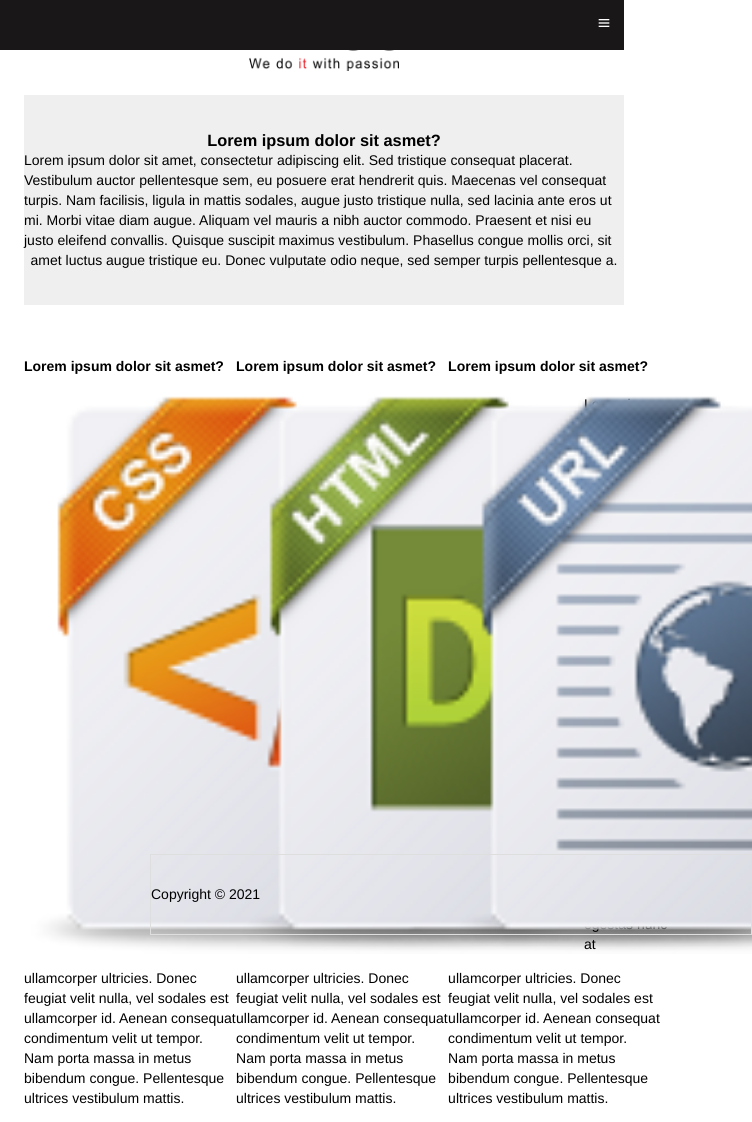
Repository: HoanTiny/ncc
Page: index.html
An editor plug-in stored every save of this project. The page is shown before and after the next save, followed by the edit.
The browser window is 600 px wide. The page is 752 px wide, so the pictures cover 752 px, including what lies to the right of the window. The pictures show the whole page.

Above is the page before, as saved 2023-03-30 21:12:27.

### index.html
<!DOCTYPE html>
<html lang="en">
    <head>
        <meta charset="UTF-8" />
        <meta http-equiv="X-UA-Compatible" content="IE=edge" />
        <meta name="viewport" content="width=device-width, initial-scale=1.0" />
        <title>NCC Test</title>
        <link rel="stylesheet" href="./style.css" />
        <link
            href="https://unpkg.com/boxicons@2.1.4/css/boxicons.min.css"
            rel="stylesheet"
        />
    </head>
    <body>
        <div class="container">
            <div class="sidebar">
                <div class="sidebar_icon"><i class="bx bx-menu"></i></div>
                <ul>
                    <li><a href="">Home</a></li>
                    <li><a href="">Services</a></li>
                    <li><a href="">News</a></li>
                    <li><a href="">Blog</a></li>
                    <li><a href="">Contact</a></li>
                </ul>
            </div>
            <div class="content">
                <div class="content_logo">
                    <img src="./logoNCC 1.png" alt="" />
                </div>
                <div class="content_text">
                    <h3>Lorem ipsum dolor sit asmet?</h3>
                    <p>
                        Lorem ipsum dolor sit amet, consectetur adipiscing elit.
                        Sed tristique consequat placerat. Vestibulum auctor
                        pellentesque sem, eu posuere erat hendrerit quis.
                        Maecenas vel consequat turpis. Nam facilisis, ligula in
                        mattis sodales, augue justo tristique nulla, sed lacinia
                        ante eros ut mi. Morbi vitae diam augue. Aliquam vel
                        mauris a nibh auctor commodo. Praesent et nisi eu justo
                        eleifend convallis. Quisque suscipit maximus vestibulum.
                        Phasellus congue mollis orci, sit amet luctus augue
                        tristique eu. Donec vulputate odio neque, sed semper
                        turpis pellentesque a.
                    </p>
                </div>
                <div class="content_main">
                    <div class="content_main_g1">
                        <h4>Lorem ipsum dolor sit asmet?</h4>
                        <div class="content_main_g1_textimg">
                            <img src="./css-icon 1.png" alt="" />
                            <span
                                >Lorem ipsum dolor sit amet, consectetur
                                adipiscing elit. Sed non dui sodales, faucibus
                                libero ut, posuere felis. Donec imperdiet
                                suscipit accumsan. Aenean consequat condimentum
                                velit ut tempor. Nam porta massa in metus
                                bibendum congue. Pellentesque ultrices liquam
                                egestas nunc at
                            </span>
                        </div>
                        <p>
                            ullamcorper ultricies. Donec feugiat velit nulla,
                            vel sodales est ullamcorper id. Aenean consequat
                            condimentum velit ut tempor. Nam porta massa in
                            metus bibendum congue. Pellentesque ultrices
                            vestibulum mattis.
                        </p>
                    </div>
                    <div class="content_main_g1">
                        <h4>Lorem ipsum dolor sit asmet?</h4>
                        <div class="content_main_g1_textimg">
                            <img src="./html-icon 1.png" alt="" />
                            <span
                                >Lorem ipsum dolor sit amet, consectetur
                                adipiscing elit. Sed non dui sodales, faucibus
                                libero ut, posuere felis. Donec imperdiet
                                suscipit accumsan. Aenean consequat condimentum
                                velit ut tempor. Nam porta massa in metus
                                bibendum congue. Pellentesque ultrices liquam
                                egestas nunc at
                            </span>
                        </div>
                        <p>
                            ullamcorper ultricies. Donec feugiat velit nulla,
                            vel sodales est ullamcorper id. Aenean consequat
                            condimentum velit ut tempor. Nam porta massa in
                            metus bibendum congue. Pellentesque ultrices
                            vestibulum mattis.
                        </p>
                    </div>
                    <div class="content_main_g1">
                        <h4>Lorem ipsum dolor sit asmet?</h4>
                        <div class="content_main_g1_textimg">
                            <img src="./url-icon 1.png" alt="" />
                            <span
                                >Lorem ipsum dolor sit amet, consectetur
                                adipiscing elit. Sed non dui sodales, faucibus
                                libero ut, posuere felis. Donec imperdiet
                                suscipit accumsan. Aenean consequat condimentum
                                velit ut tempor. Nam porta massa in metus
                                bibendum congue. Pellentesque ultrices liquam
                                egestas nunc at
                            </span>
                        </div>
                        <p>
                            ullamcorper ultricies. Donec feugiat velit nulla,
                            vel sodales est ullamcorper id. Aenean consequat
                            condimentum velit ut tempor. Nam porta massa in
                            metus bibendum congue. Pellentesque ultrices
                            vestibulum mattis.
                        </p>
                    </div>
                </div>
            </div>
            <div class="footer">
                <div class="footer_logo">Copyright © 2021</div>
            </div>
        </div>
    </body>
</html>

### style.css
body {
    font-family: "Helvetica Neue", Helvetica, Arial, sans-serif;
    font-size: 14px;
    line-height: 20px;
    margin: 0;
    padding: 0;
}

.container {
    display: flex;
    width: 1918px;
    height: 935px;
    position: relative;
}

.sidebar {
    background-color: #191718;
    width: 150px;
    height: 935px;
}

.sidebar ul {
    list-style-type: none;
    padding: 0;
    height: 44px;
    margin: 0;
}

.sidebar ul li {
    border-bottom: 1px solid #333;
    height: 44px;
    line-height: 44px;
}

.sidebar ul li:hover {
    background-color: #5c5c5c;
}

.sidebar ul li:hover a {
    color: #fff;
}

.sidebar ul li a {
    padding: 10px;
    margin: 0;
    width: 150px;
    height: 44px;
    color: #aaaaaa;
    top: 19px;
    left: 16px;
    text-decoration: none;
}

.content {
    width: 1768px;
    height: 935px;
    margin: 0 150px;
    position: relative;
}

.content_logo {
    display: flex;
    width: 100%;
    justify-content: center;
    margin-top: 12px;
}

.content_text {
    display: flex;
    width: 100%;
    justify-content: center;
    flex-direction: column;
    align-items: center;
    background-color: #efefef;
    height: 210px;
    /* margin: 0 279px; */
    margin-top: 24px;
}

.content_text p,
.content_text h3 {
    margin: 0 279px;
}

.content_text p {
    margin-top: 12px;
    text-align-last: center;
}

.content_main {
    display: flex;
    width: 100%;
    margin-top: 32px;
}

.content_main_g1 {
    display: flex;
    width: 100%;
    flex-direction: column;
}

.content_main_g1_textimg {
    display: flex;
}

.footer {
    position: absolute;
    bottom: 0;
    width: 100%;
    height: 79px;
    left: 150px;
    line-height: 79px;
    border: 1px solid #dedede;
    margin: 0;
}

@media screen and (max-width: 1920px) {
    .container {
        width: 100%;
    }
}
@media (max-width: 765px) {
    .container {
        width: 100%;
        display: flex;
        flex-direction: column;
    }

    .sidebar {
        width: 100%;
        height: 50px;
        display: flex;
        align-items: center;
        justify-content: flex-end;
        padding: 0 12px;
        position: fixed;
        top: 0;
        right: 0;
        left: 0;
        margin-bottom: 50px;
        z-index: 1;
    }

    .sidebar ul {
        display: none;
    }

    .sidebar_icon {
        color: #fff;
        font-size: 16px;
        text-align: right;
    }

    .content {
        width: 100%;
        margin: 0;
        padding: 0 24px;
    }

    .content_text p,
    .content_text h3 {
        margin: 0;
    }

    .content_logo img {
        width: 150px;
    }
}

After the next save:
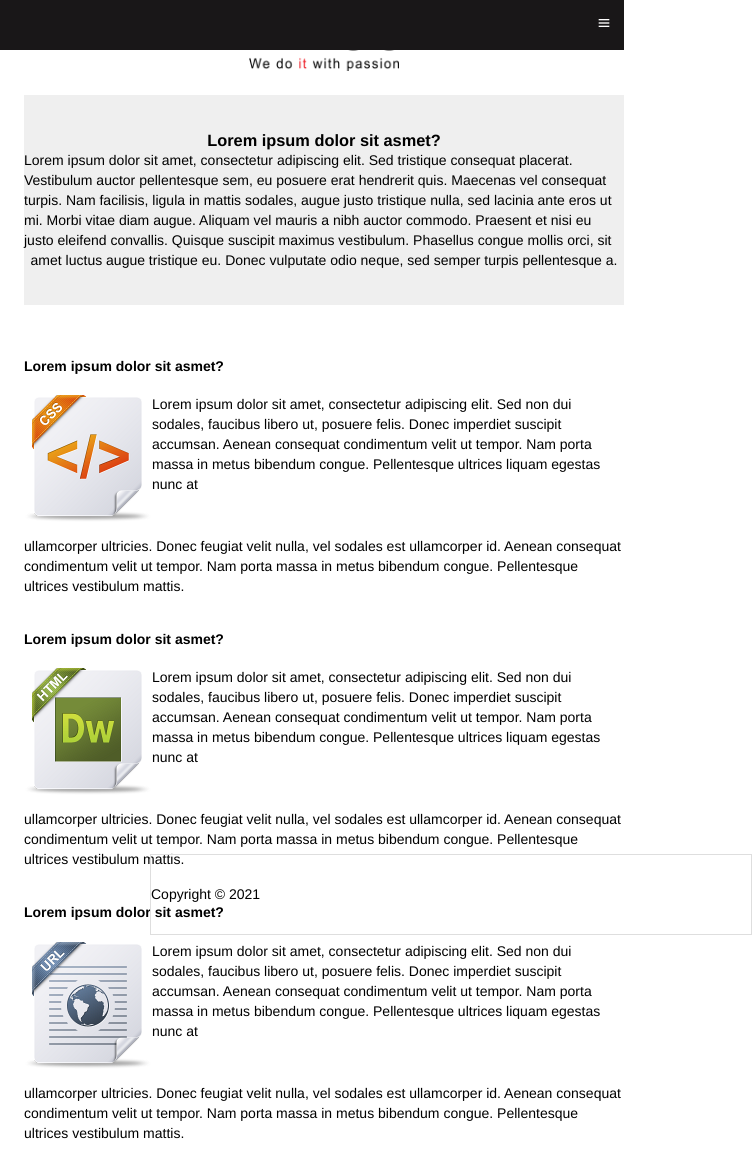
Saved 27 s later.
--- a/style.css
+++ b/style.css
@@ -157,6 +157,10 @@
         padding: 0 24px;
     }
 
+    .content_main {
+        flex-direction: column;
+    }
+
     .content_text p,
     .content_text h3 {
         margin: 0;
